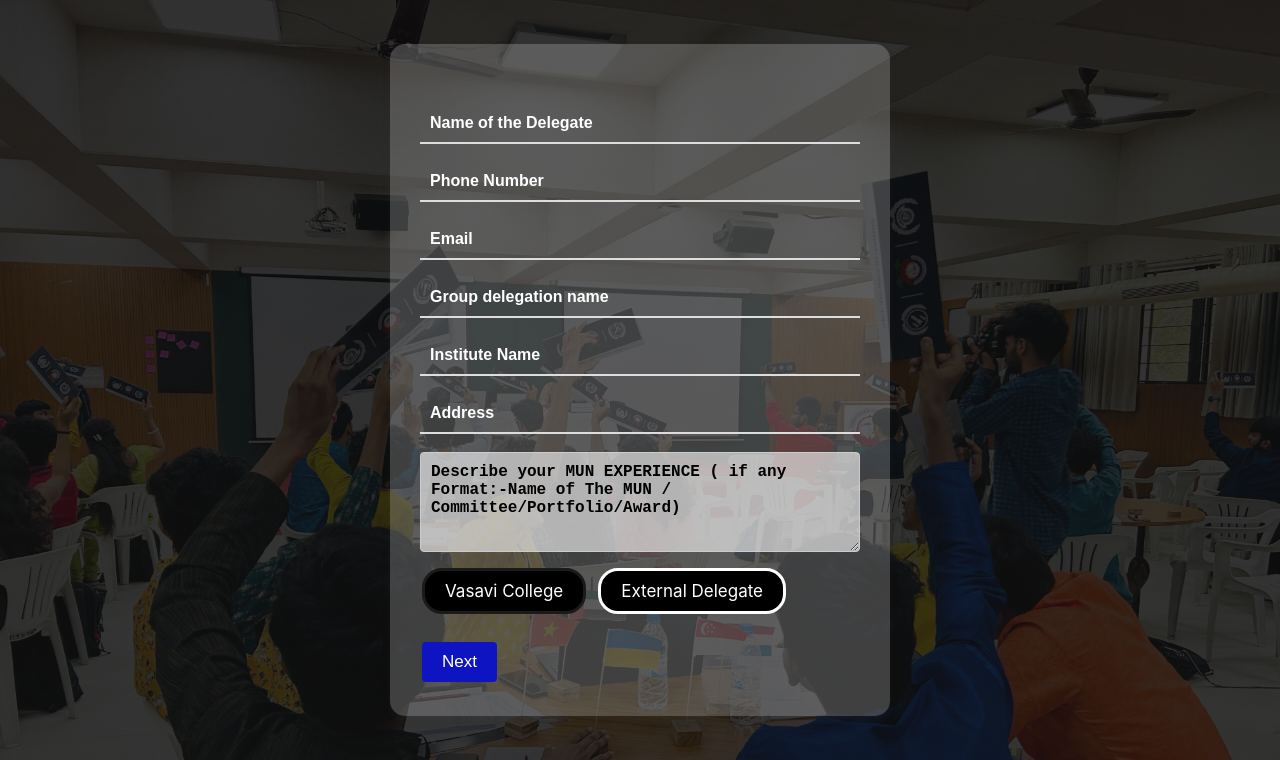
Repository: viveak910/VasaviMUN-Group
Page: /
The author's editor kept a copy of each file at every save. The page is drawn from the files as they stood at one save, then again after the next save.
The browser window is 1280 px wide. The pictures show the whole page.
The project was rebuilt for these pictures with package versions that can differ from the ones it lists, and the page was loaded fresh each time. Also part of the build but not shown: src/forms/PreferencesStep.js, src/forms/PaymentStep.js.

Above is the page before, as saved 2025-08-31 15:58:07.

After the next save:
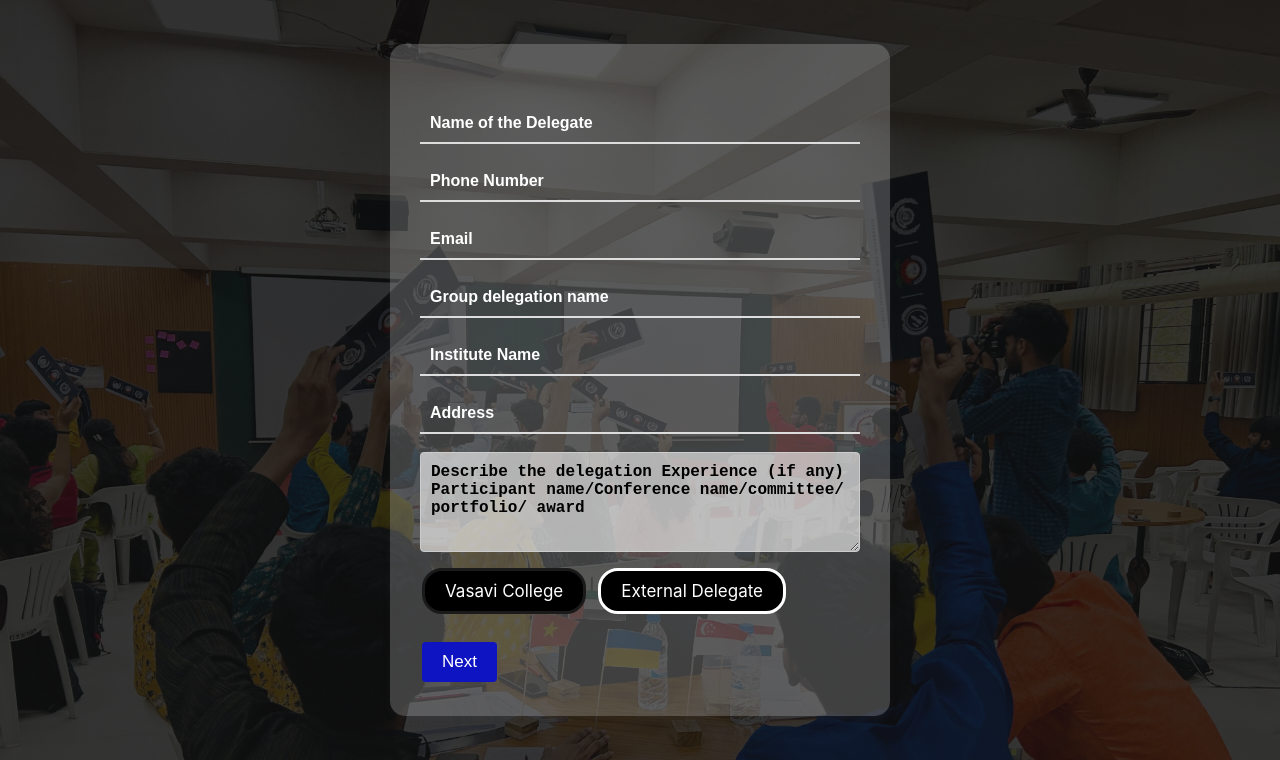
Saved 3 days later.
--- a/src/forms/PersonalDetailsStep.js
+++ b/src/forms/PersonalDetailsStep.js
@@ -76,7 +76,8 @@ export default function PersonalDetailsStep({
 
       <textarea
         className="mun-experience"
-        placeholder="Describe your MUN EXPERIENCE ( if any Format:-Name of The MUN / Committee/Portfolio/Award)"
+        placeholder="Describe the delegation Experience (if any)
+Participant name/Conference name/committee/ portfolio/ award"
         value={munExperienceDetails}
         onChange={(e) => setMunExperienceDetails(e.target.value)}
       />
